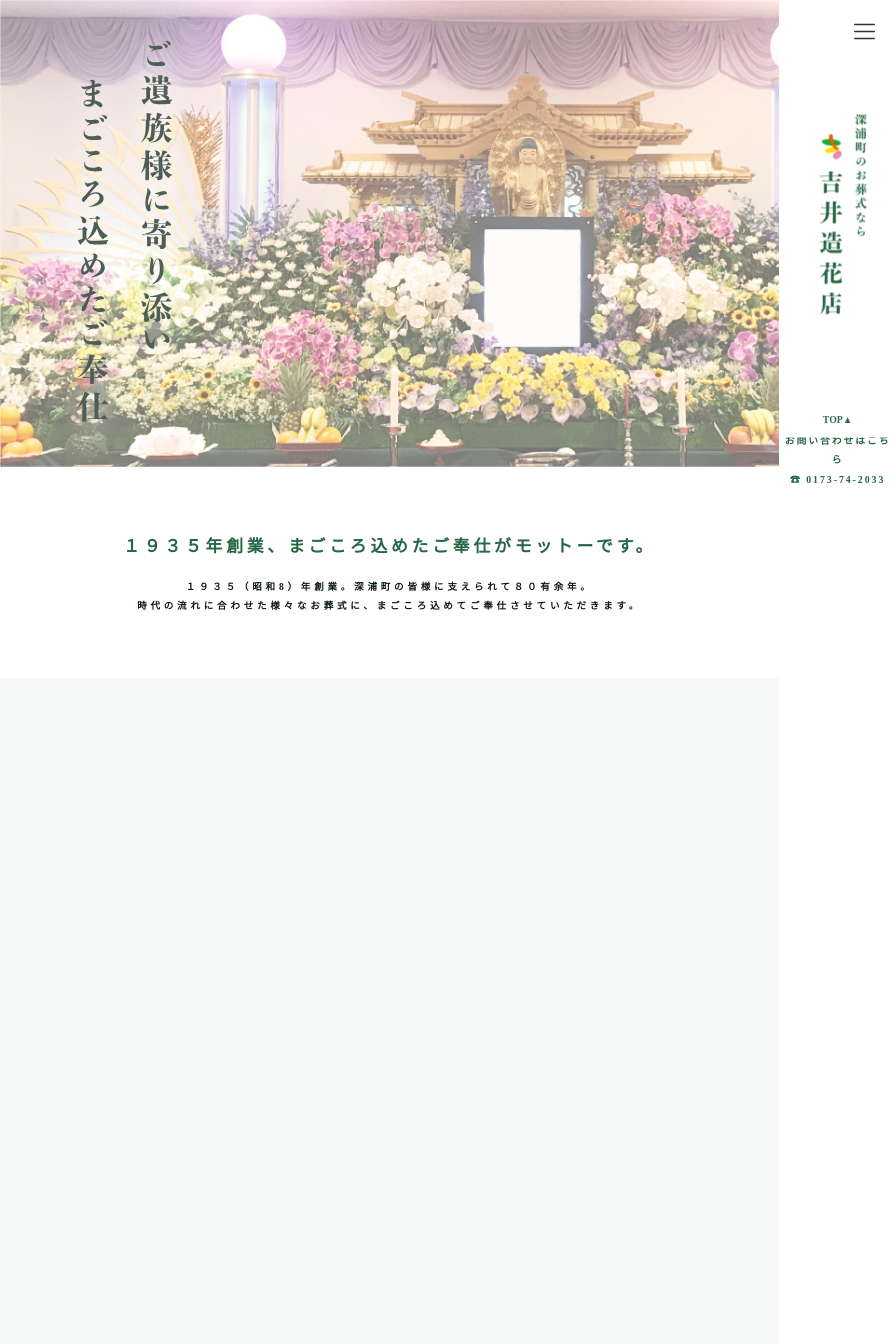
Repository: plus-agc-service-yamauchi/yoshii_scratch_ver3
Page: index.html
The author's editor kept a copy of each file at every save. The page is drawn from the files as they stood at one save, then again after the next save.
The browser window is 1280 px wide. The pictures show the part of the page from y = 0 to 1920 px (the page is 3625 px tall), at 70% of full size.
Some web libraries are served in a nearby version. The style sheet was rebuilt from its Sass, Less or Tailwind sources for each picture, by a compiler version that may differ from the author's.

Above is the page before, as saved 2021-02-03 09:59:45.
Console error (its wording comes from the project's code and is left out).

After the next save:
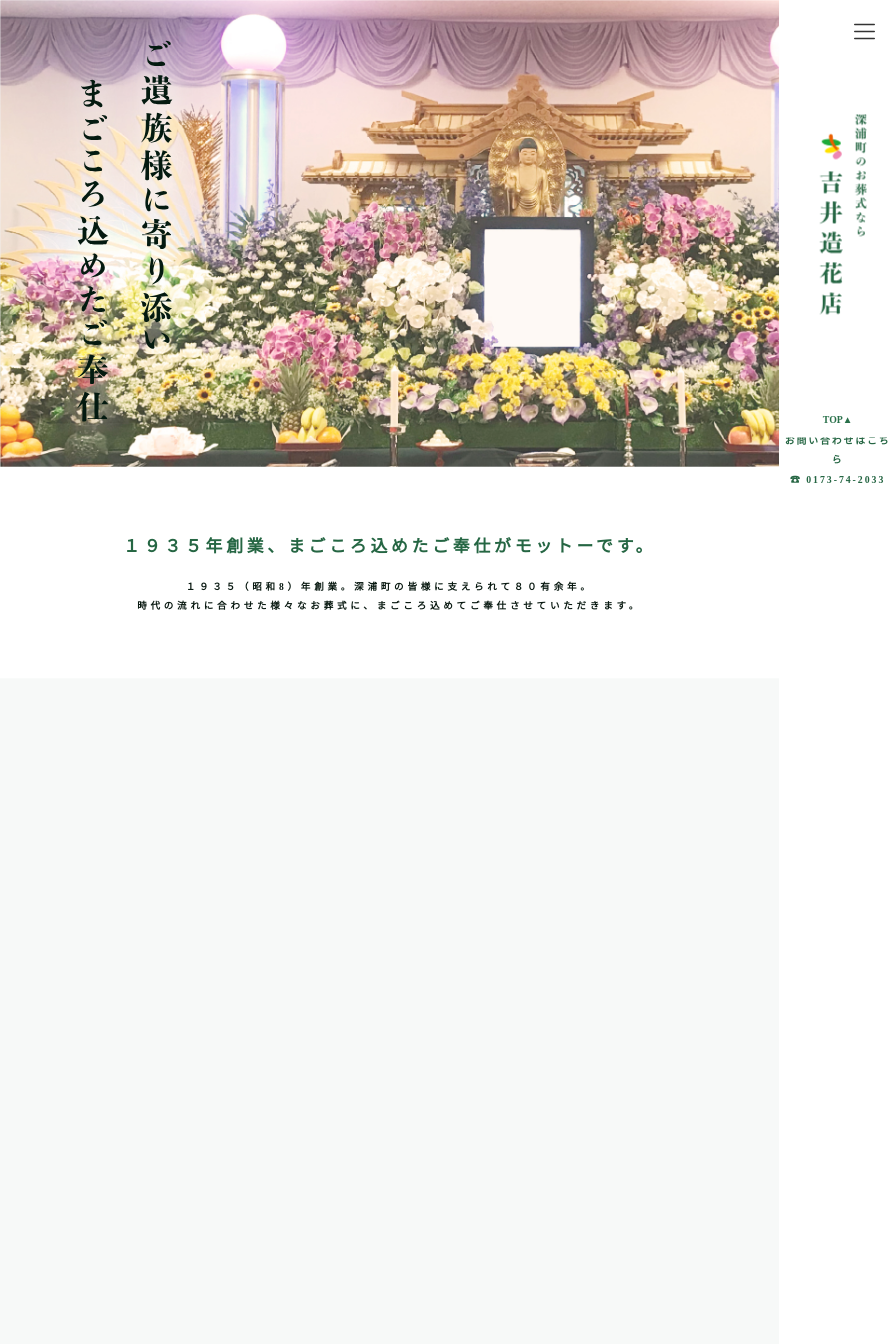
Saved 34 s later.
--- a/index.html
+++ b/index.html
@@ -393,7 +393,7 @@
     <script src="js/returnTop.min.js"></script>
     <script>
         $(window).load(function() {
-            $('#slider').fadeIn(10000); //ここのIDはさっきのと同じ
+            $('#slider').fadeIn(5000); //ここのIDはさっきのと同じ
         });
     </script>
     <!-- Google Analytics: change UA-XXXXX-Y to be your site's ID. -->
